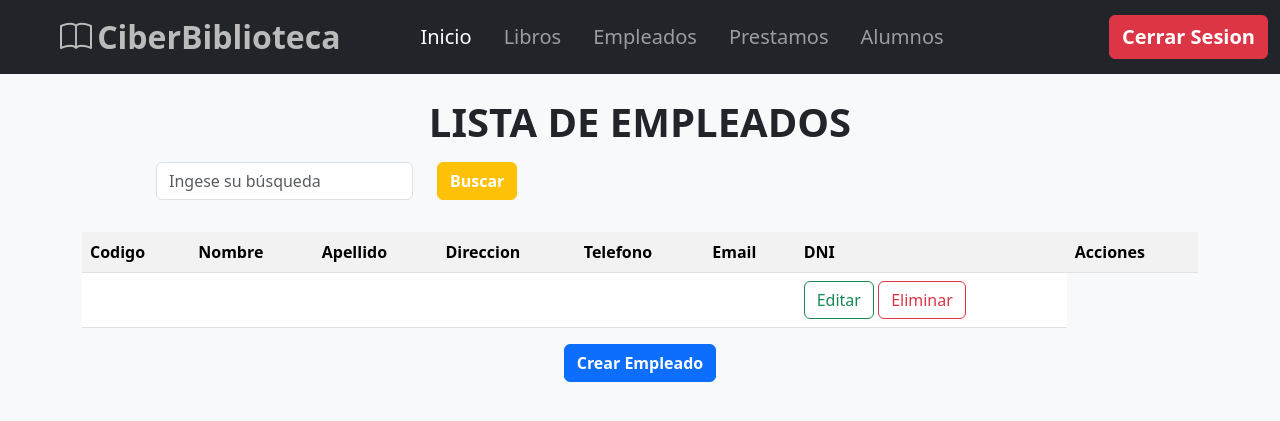
Repository: WilmerOcampo/LP1_Biblioteca
Page: http://localhost/Proyecto/listaEmpleados.jsp
These files come from the project's save history. The page is drawn as it stood at one moment and after the next save; the edit follows.
The browser window is 1280 px wide. The pictures show the whole page.
The page is served by Tomcat 10.

Above is the page before, as saved 2023-05-31 16:54:18.

After the next save:
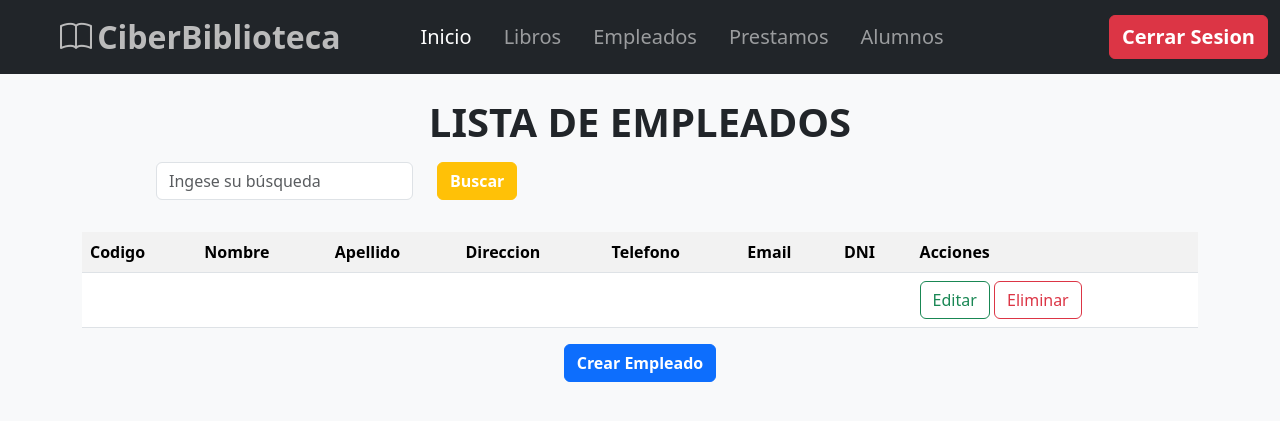
Saved 21 s later.
--- a/Proyecto/src/main/webapp/listaEmpleados.jsp
+++ b/Proyecto/src/main/webapp/listaEmpleados.jsp
@@ -90,6 +90,7 @@
                 <td></td>
                 <td></td>
                 <td></td>
+                <td></td>
                 <td><a class="btn btn-outline-success" href="">Editar</a>
                     <a class="btn btn-outline-danger" href="#" onclick="confirmarEliminacion()">Eliminar</a>
                 </td>
